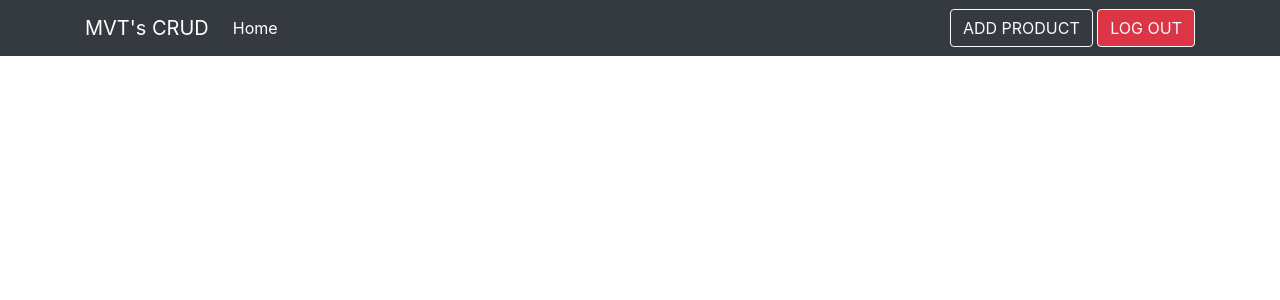
Repository: tammv/crud_product
Page: /
An editor plug-in stored every save of this project. The page is shown before and after the next save, followed by the edit.
The browser window is 1280 px wide. The pictures show the whole page.
The project was rebuilt for these pictures with package versions that can differ from the ones it lists, and the page was loaded fresh each time. Also part of the build but not shown: src/index.css, src/components/pages/ManageProduct.js, src/components/products/UpdateProduct.js, src/components/products/Product.js, src/components/products/AddProduct.js.

Above is the page before, as saved 2023-07-10 18:15:53.

### src/App.js
import React from "react";
import { BrowserRouter as Router, Routes, Route, Navigate } from "react-router-dom";
import ManageProduct from "./components/pages/ManageProduct";
import NotFound from "./components/pages/NotFound";
import UpdateProduct from "./components/products/UpdateProduct";
import Product from "./components/products/Product";
import AddProduct from "./components/products/AddProduct";
import "bootstrap/dist/css/bootstrap.min.css";
import Navbar from "./components/layout/Navbar";

function App() {
  return (
    <Router>
      <div className="App">
        <Routes>
          <Route path="/" element={<Navbar />} />

          <Route path="/manage-product" element={<ManageProduct />} />

          <Route path="/products/add" element={<AddProduct />} />
          <Route path="/products/update/:id" element={<UpdateProduct />} />
          <Route path="/products/:id" element={<Product />} />
          <Route path="*" element={<NotFound />} />
        </Routes>
      </div>
    </Router>
  );
}

export default App;

### src/components/layout/Navbar.js
import React from "react";
import { Link, NavLink } from "react-router-dom";

const Navbar = () => {
  return (
    <nav className="navbar navbar-expand-lg navbar-dark bg-dark">
      <div className="container">
        <Link className="navbar-brand" to="#">
          MVT's CRUD
        </Link>
        <button
          className="navbar-toggler"
          type="button"
          data-toggle="collapse"
          data-target="#navbarSupportedContent"
          aria-controls="navbarSupportedContent"
          aria-expanded="false"
          aria-label="Toggle navigation"
        >
          <span className="navbar-toggler-icon"></span>
        </button>
        <div className="collapse navbar-collapse">
          <ul className="navbar-nav mr-auto">
            <li className="nav-item ">
              <NavLink className="nav-link" exact to="/">
                Home
              </NavLink>
            </li>
          </ul>
        </div>
        <Link className="btn btn-outline-light " to="/products/add">
          ADD PRODUCT
        </Link>
        &nbsp;
        <Link className="btn btn-outline-light btn-danger" to="#">
          LOG OUT
        </Link>
      </div>
    </nav>
  );
};

export default Navbar;

### src/components/pages/NotFound.js
import React from "react";

const NotFound = () => {
  return (
    <div className="not-found">
      <h1 className="display-1">Page Not Found</h1>
    </div>
  );
};
export default NotFound;

Loaded but not shown: public/index.html (common file); src/index.js (common file); src/reportWebVitals.js (common file)

After the next save:
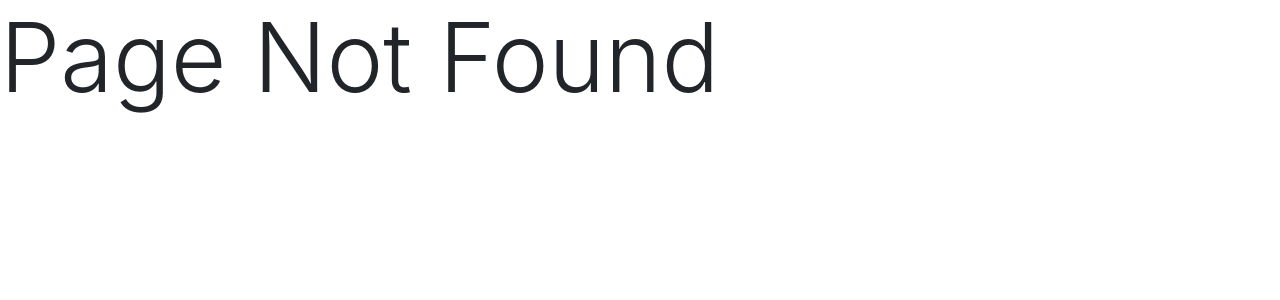
Saved 20 s later.
--- a/src/App.js
+++ b/src/App.js
@@ -13,10 +13,8 @@ function App() {
     <Router>
       <div className="App">
         <Routes>
-          <Route path="/" element={<Navbar />} />
-
+          <Route path="/nav-bả" element={<Navbar />} />
           <Route path="/manage-product" element={<ManageProduct />} />
-
           <Route path="/products/add" element={<AddProduct />} />
           <Route path="/products/update/:id" element={<UpdateProduct />} />
           <Route path="/products/:id" element={<Product />} />
